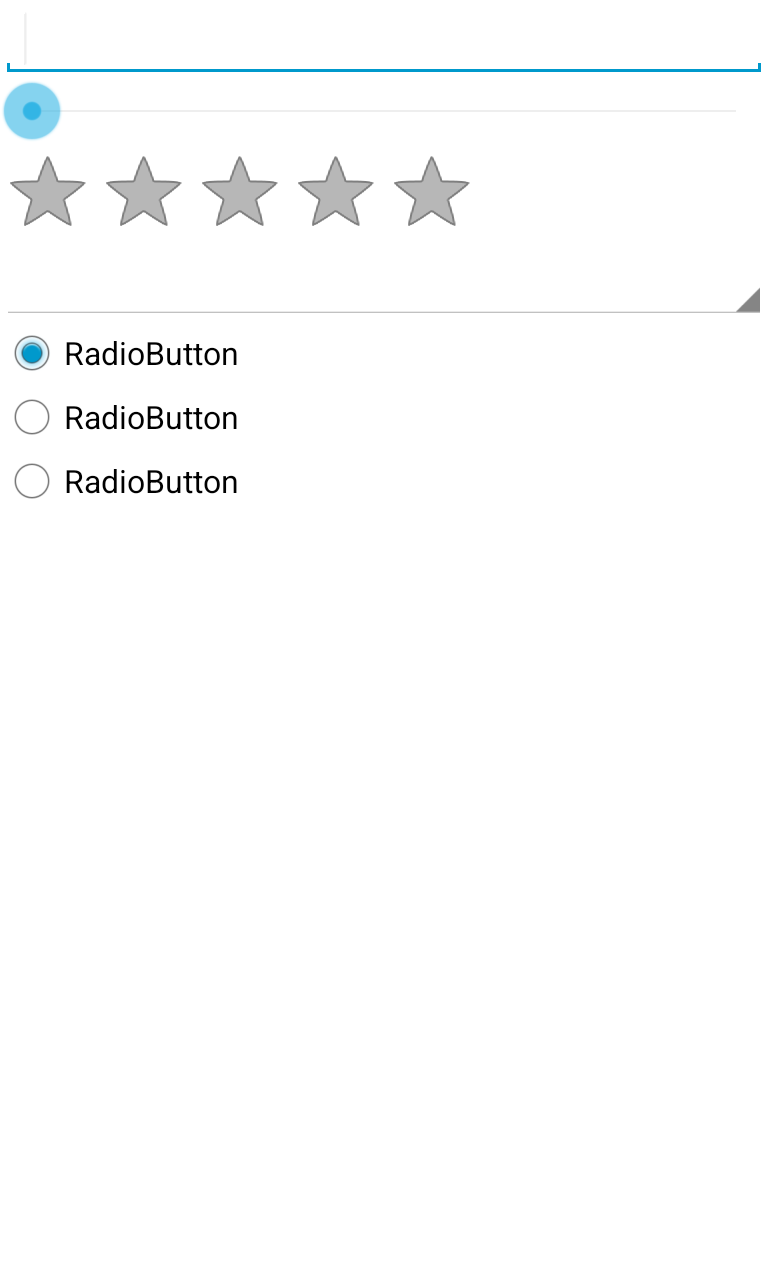
Repository: sstevenmr/SP-Galileo
Layout: Demo/res/layout/input_controls_content.xml
The author's editor kept a copy of each file at every save. The layout is drawn from the files as they stood at one save, then again after the next save.
It is drawn on a 768 x 1280 px phone screen (xhdpi) without system bars, with theme AppTheme; the app's code is not run.

Above is the layout before, as saved 2014-01-24 05:52:41.

### Demo/res/layout/input_controls_content.xml
<?xml version="1.0" encoding="utf-8"?>
<LinearLayout xmlns:android="http://schemas.android.com/apk/res/android"
    android:layout_width="match_parent"
    android:layout_height="match_parent"
    android:orientation="vertical" >

    <EditText
        android:id="@+id/editText1"
        android:layout_width="match_parent"
        android:layout_height="wrap_content"
        android:ems="10"
        android:inputType="textMultiLine" >

        <requestFocus />
    </EditText>

    <SeekBar
        android:id="@+id/seekBar1"
        android:layout_width="match_parent"
        android:layout_height="wrap_content" />

    <RatingBar
        android:id="@+id/ratingBar1"
        android:layout_width="wrap_content"
        android:layout_height="wrap_content" />

    <Spinner
        android:id="@+id/spinner1"
        android:layout_width="match_parent"
        android:layout_height="wrap_content" />

    <RadioGroup
        android:id="@+id/radioGroup1"
        android:layout_width="wrap_content"
        android:layout_height="wrap_content" >

        <RadioButton
            android:id="@+id/radio0"
            android:layout_width="wrap_content"
            android:layout_height="wrap_content"
            android:checked="true"
            android:text="RadioButton" />

        <RadioButton
            android:id="@+id/radio1"
            android:layout_width="wrap_content"
            android:layout_height="wrap_content"
            android:text="RadioButton" />

        <RadioButton
            android:id="@+id/radio2"
            android:layout_width="wrap_content"
            android:layout_height="wrap_content"
            android:text="RadioButton" />
    </RadioGroup>

</LinearLayout>

### Demo/res/values/strings.xml
<?xml version="1.0" encoding="utf-8"?>
<resources>

    <string name="app_name">Ejemplo</string>
    <string name="action_settings">Settings</string>
    <string name="hello_world">Hello world!</string>
    <string name="btn_Search">Buscar</string>
    <string name="btn_open_activity">Pasar a otra actividad</string>
    <string name="title_activity_show_search_query">ShowSearchQueryActivity</string>
    <string name="btn_list">Lista</string>
    <string name="txt_checkbox">checkbox</string>
    <string name="txt_radio_0">opcion 1</string>
    <string name="txt_rado_1">Opcion 2</string>
    <string name="txt_radio_2">Opcion 3</string>

</resources>

Loaded but not shown: Demo/res/values/styles.xml (common file); Demo/res/values-v11/styles.xml (common file); Demo/res/values-v14/styles.xml (common file)

After the next save:
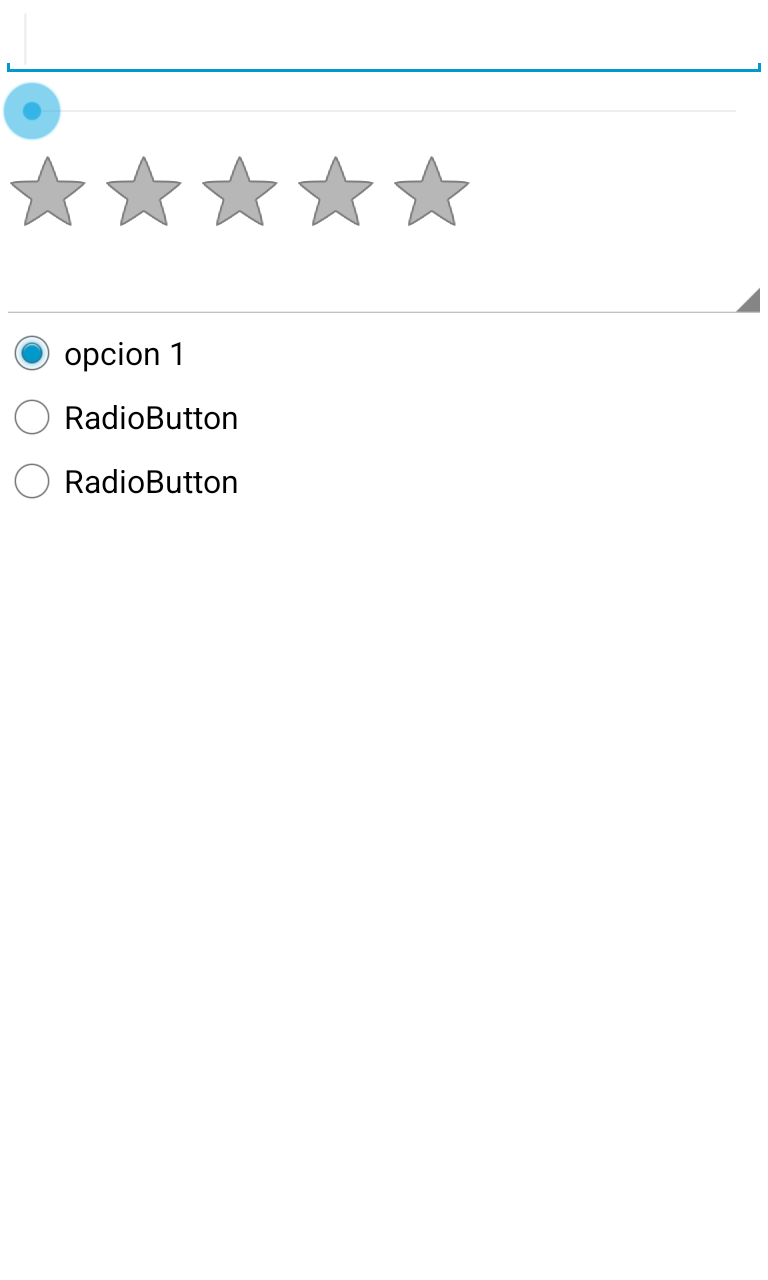
Saved 51 s later.
--- a/Demo/res/layout/input_controls_content.xml
+++ b/Demo/res/layout/input_controls_content.xml
@@ -39,7 +39,7 @@
             android:layout_width="wrap_content"
             android:layout_height="wrap_content"
             android:checked="true"
-            android:text="RadioButton" />
+            android:text="@string/txt_radio_0" />
 
         <RadioButton
             android:id="@+id/radio1"
